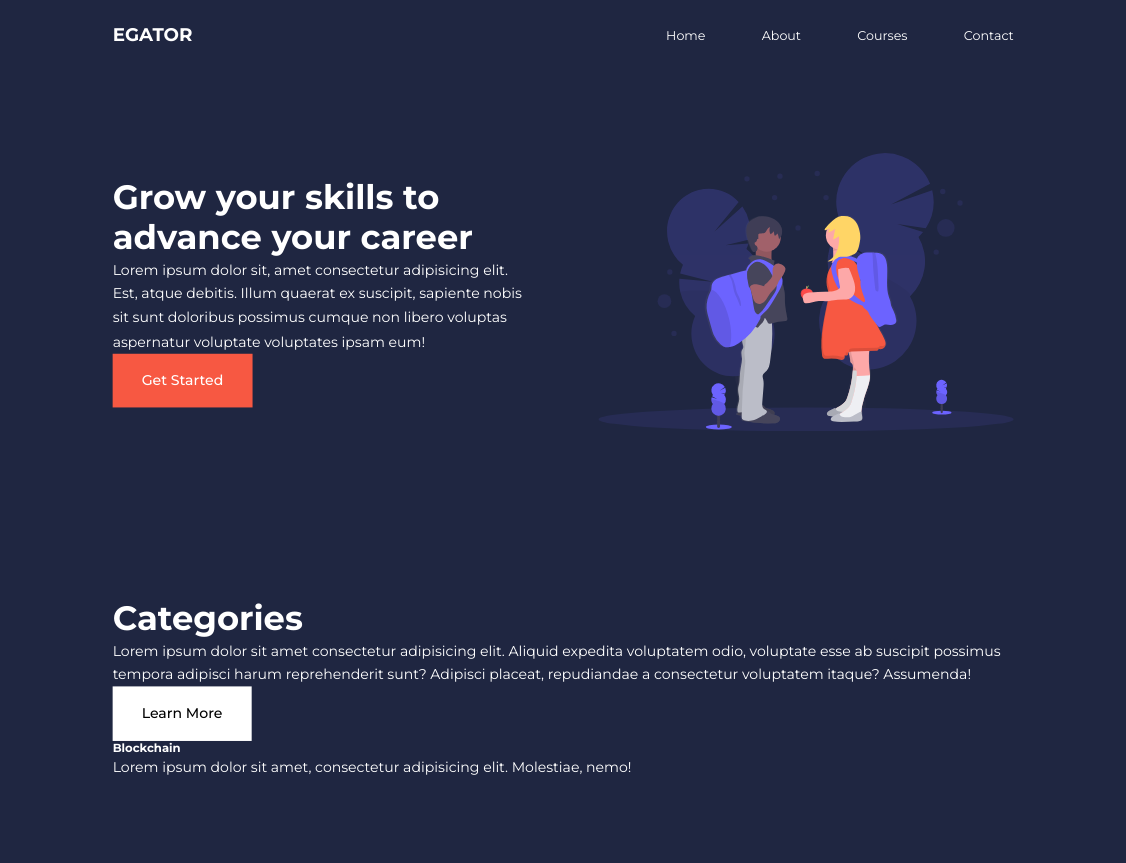
Repository: QUANGTHAI2003/education-web
Page: index.html
These files come from the project's save history. The page is drawn as it stood at one moment and after the next save; the edit follows.
The browser window is 1280 px wide. The pictures show the whole page, at 88% of full size.
Some icons come from a web library that is not loaded, so they are not drawn.

Above is the page before, as saved 2022-03-11 11:15:41.

After the next save:
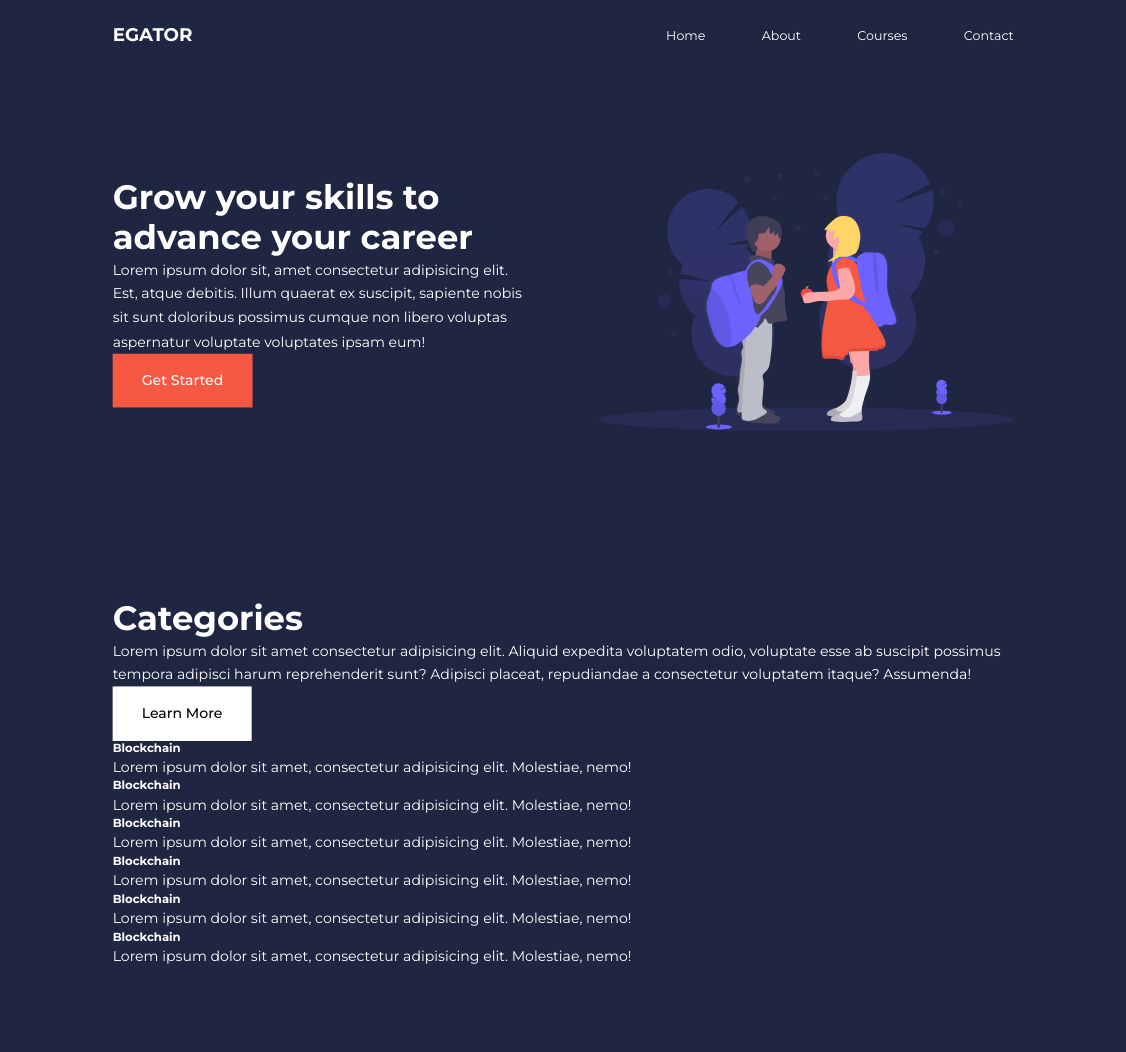
Saved 26 min 11 s later.
--- a/index.html
+++ b/index.html
@@ -84,6 +84,56 @@
                             nemo!
                         </p>
                     </article>
+                    <article class="category">
+                        <span class="category__icon">
+                            <i class="uil uil-bitcoin-circle"></i>
+                        </span>
+                        <h5>Blockchain</h5>
+                        <p>
+                            Lorem ipsum dolor sit amet, consectetur adipisicing elit. Molestiae,
+                            nemo!
+                        </p>
+                    </article>
+                    <article class="category">
+                        <span class="category__icon">
+                            <i class="uil uil-bitcoin-circle"></i>
+                        </span>
+                        <h5>Blockchain</h5>
+                        <p>
+                            Lorem ipsum dolor sit amet, consectetur adipisicing elit. Molestiae,
+                            nemo!
+                        </p>
+                    </article>
+                    <article class="category">
+                        <span class="category__icon">
+                            <i class="uil uil-bitcoin-circle"></i>
+                        </span>
+                        <h5>Blockchain</h5>
+                        <p>
+                            Lorem ipsum dolor sit amet, consectetur adipisicing elit. Molestiae,
+                            nemo!
+                        </p>
+                    </article>
+                    <article class="category">
+                        <span class="category__icon">
+                            <i class="uil uil-bitcoin-circle"></i>
+                        </span>
+                        <h5>Blockchain</h5>
+                        <p>
+                            Lorem ipsum dolor sit amet, consectetur adipisicing elit. Molestiae,
+                            nemo!
+                        </p>
+                    </article>
+                    <article class="category">
+                        <span class="category__icon">
+                            <i class="uil uil-bitcoin-circle"></i>
+                        </span>
+                        <h5>Blockchain</h5>
+                        <p>
+                            Lorem ipsum dolor sit amet, consectetur adipisicing elit. Molestiae,
+                            nemo!
+                        </p>
+                    </article>
                 </div>
             </div>
         </section>
